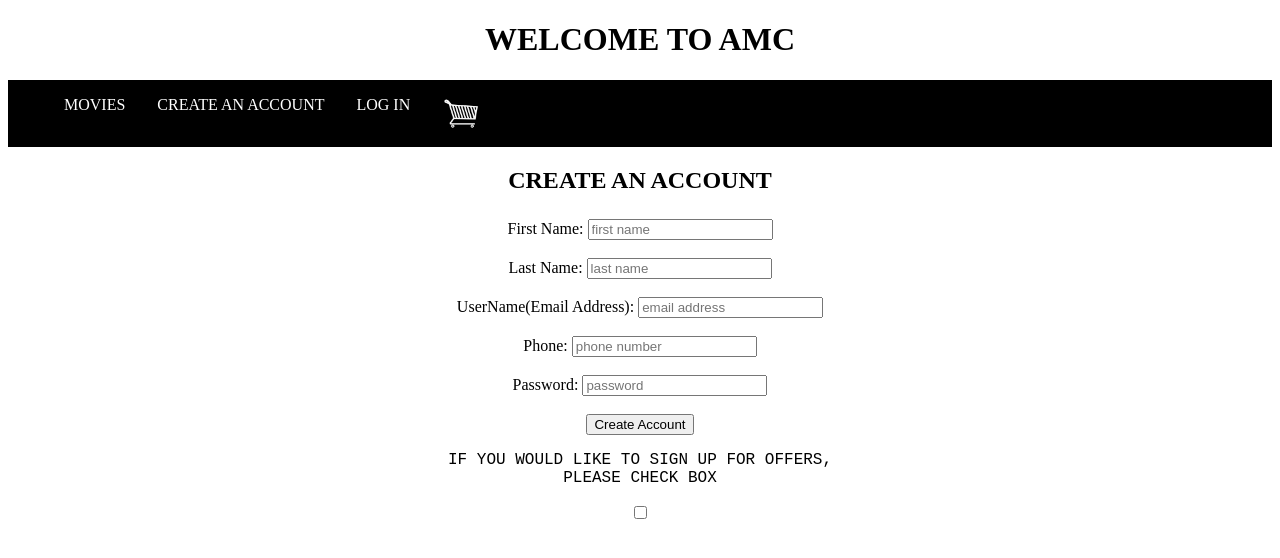
Repository: TagninaShama/CoreJavaJune2020
Page: http://localhost/FinalProject/addAccountForm
The author's editor kept a copy of each file at every save. The page is drawn from the files as they stood at one save, then again after the next save.
The browser window is 1280 px wide. The pictures show the whole page.
The page is served by Tomcat 9. Other server files are loaded and not shown.

Above is the page before, as saved 2019-11-25 15:21:20.

### FinalProject/WebContent/CreateAccount.jsp
<!DOCTYPE html>
<html>
<head>
<meta charset="ISO-8859-1">
<link href="style.css" type="text/css" rel="stylesheet">
<title>AMC Theaters: Create An Account</title>
</head>

<body>
<header>
<h1><center>Welcome to AMC </center></h1>
<nav>
<ul>
<li><a href="MovieServlet">Movies</a></li>
<li><a href="addAccountForm">Create an Account</a></li>
<li><a href="LogInForm">Log In </a></li>
<li><a href="cart.jsp" id="cartLogo"><img src="images/cart2.png" alt="" id="cartLogo"/></a></li>
</ul>
</nav>
</header>

<h2><center>Create An Account</center></h2>

<form name=addForm action=AddAccount method=post>
<label>First Name:</label>
<input type="text" name="firstName"  value="" placeholder="first name" required/>
<br><br>
<label>Last Name:</label>
<input type="text" name="lastName" value="" placeholder="last name" required/>
<br><br>
<label>UserName(Email Address):</label>
<input type ="text" name="emailAddress" placeholder="email address" required>
<br><br>
<label>Phone:</label>
<input type="text" name="customerPhoneNo"  value="" placeholder="phone number"/>
<br><br>
<label>Password:</label>
<input type = "password" name="password" placeholder="password" required>
<br><br>
<input type="submit" name="submit" value="Create Account"/>
<br>
${errorMessage}
<p>If you would like to sign up for offers, please check box </p>
<input type="checkbox" name="subscribe" value="Subscribe For Emails"/>

</form>


</body>
</html>

### FinalProject/src/controller/AddAccountFormServlet.java
package controller;

import java.io.IOException;

import javax.servlet.RequestDispatcher;
import javax.servlet.ServletException;
import javax.servlet.annotation.WebServlet;
import javax.servlet.http.HttpServlet;
import javax.servlet.http.HttpServletRequest;
import javax.servlet.http.HttpServletResponse;


/**
 * Servlet implementation class AddAccountFormServlet
 */
@WebServlet("/addAccountForm")
public class AddAccountFormServlet extends HttpServlet {
	private static final long serialVersionUID = 1L;

    /**
     * @see HttpServlet#HttpServlet()
     */
    public AddAccountFormServlet() {
        super();
        // TODO Auto-generated constructor stub
    }

	/**
	 * @see HttpServlet#doGet(HttpServletRequest request, HttpServletResponse response)
	 */
    protected void doGet(HttpServletRequest request, HttpServletResponse response) throws ServletException, IOException {
		doPost(request, response);
	}

	/**
	 * @see HttpServlet#doPost(HttpServletRequest request, HttpServletResponse response)
	 */
	protected void doPost(HttpServletRequest request, HttpServletResponse response) throws ServletException, IOException {
		String url = "CreateAccount.jsp";

		RequestDispatcher dispatcher = request.getRequestDispatcher(url);
		dispatcher.forward(request, response);
	}


}

### FinalProject/WebContent/style.css
@charset "ISO-8859-1";

p{
	text-align: center;
	font-size:16px;
	color:black;
	text-transform: uppercase;
	font-family:"Courier new", Verdana, Times;
}

ul {
	list-style-type: none;
	margin: auto;
	padding: auto;
	overflow: hidden;
	background-color: black;

}

li {
	float: left;
}

li a, #username {
	display: block;
	color: white;
	text-align: center;
	padding: 16px 16px;
	text-decoration: none;

}

li a:hover {
	background-color: red;
	margin: auto;
	padding: auto;
	overflow: hidden;
}

form {
	margin-left: auto;
	margin-right: auto;
	text-align: center;
	padding: 5px;
	width: 400px;

}

img, td{
	height: 300px;
	width: 225px;
}


#cartLogo {
	height: 35px;
	width: 40px;
	background-color: black;
	float: right;
	text-align: right;
	margin: auto;
	padding: auto;
	overflow: hidden;

}

h1, h2, ul{
	text-transform: uppercase;
}

After the next save:
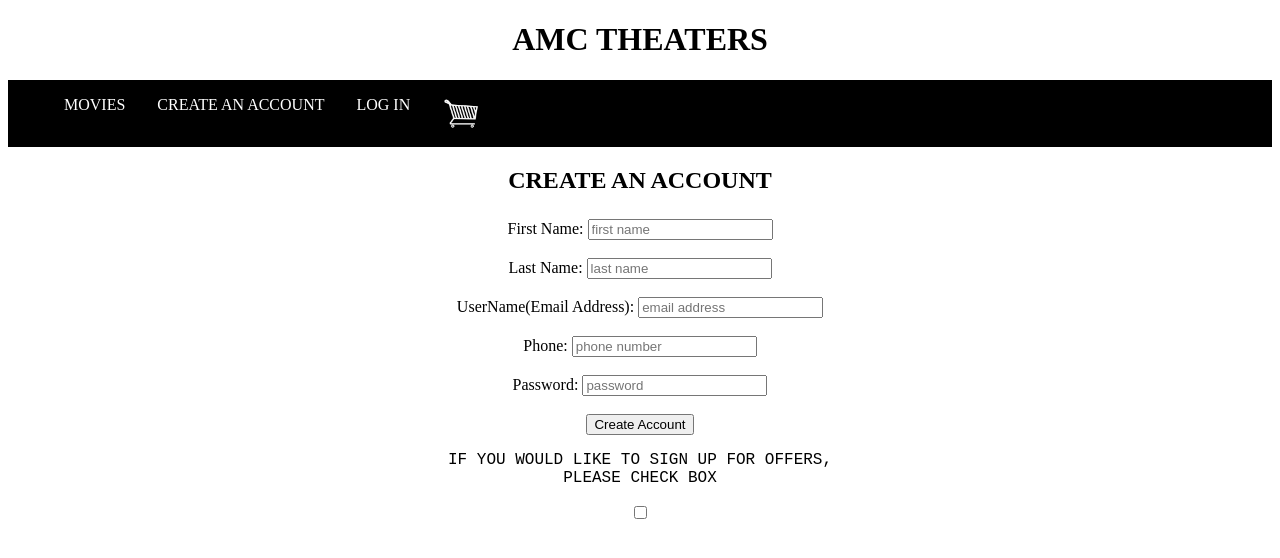
Saved 3 min 53 s later.
--- a/FinalProject/WebContent/CreateAccount.jsp
+++ b/FinalProject/WebContent/CreateAccount.jsp
@@ -8,7 +8,7 @@
 
 <body>
 <header>
-<h1><center>Welcome to AMC </center></h1>
+<h1><center>AMC Theaters</center></h1>
 <nav>
 <ul>
 <li><a href="MovieServlet">Movies</a></li>
